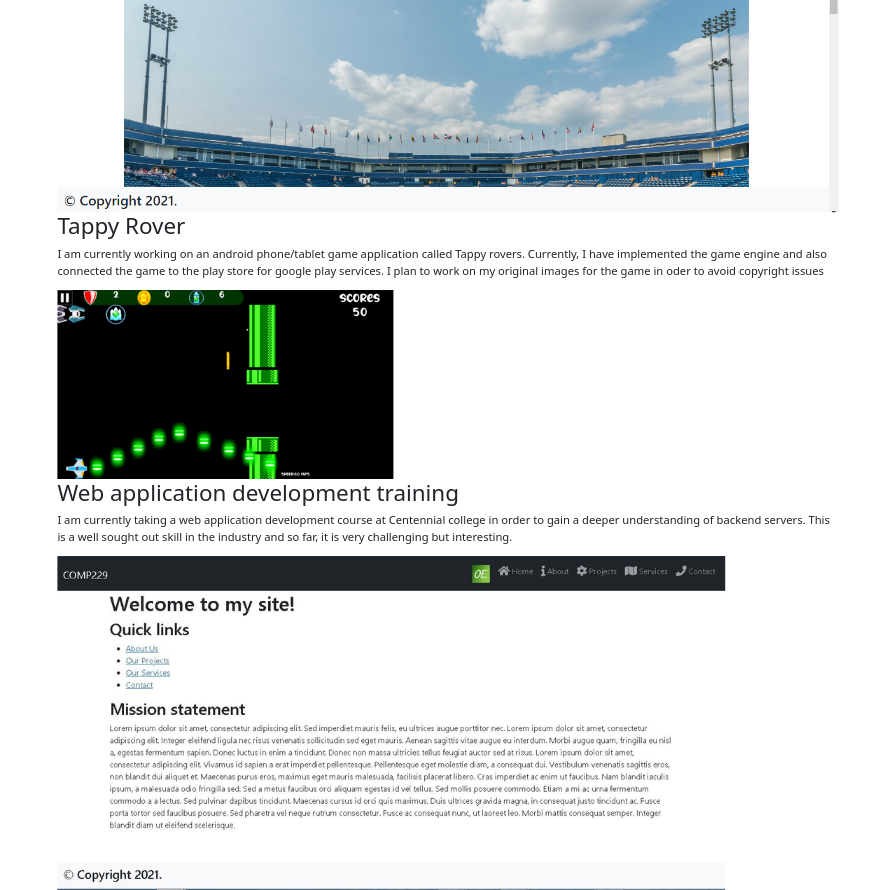
Repository: ofovweewere/Career-Portfolio
Page: http://localhost/projects
An editor plug-in stored every save of this project. The page is shown before and after the next save, followed by the edit.
The browser window is 1280 px wide. The pictures show the part of the page from y = 1106 to 3026 px (the page is 2377 px tall before and 3026 px after), at 70% of full size.
The page is served by the project's Node server (index.js).

Above is the page before, as saved 2022-04-14 02:28:42.

After the next save:
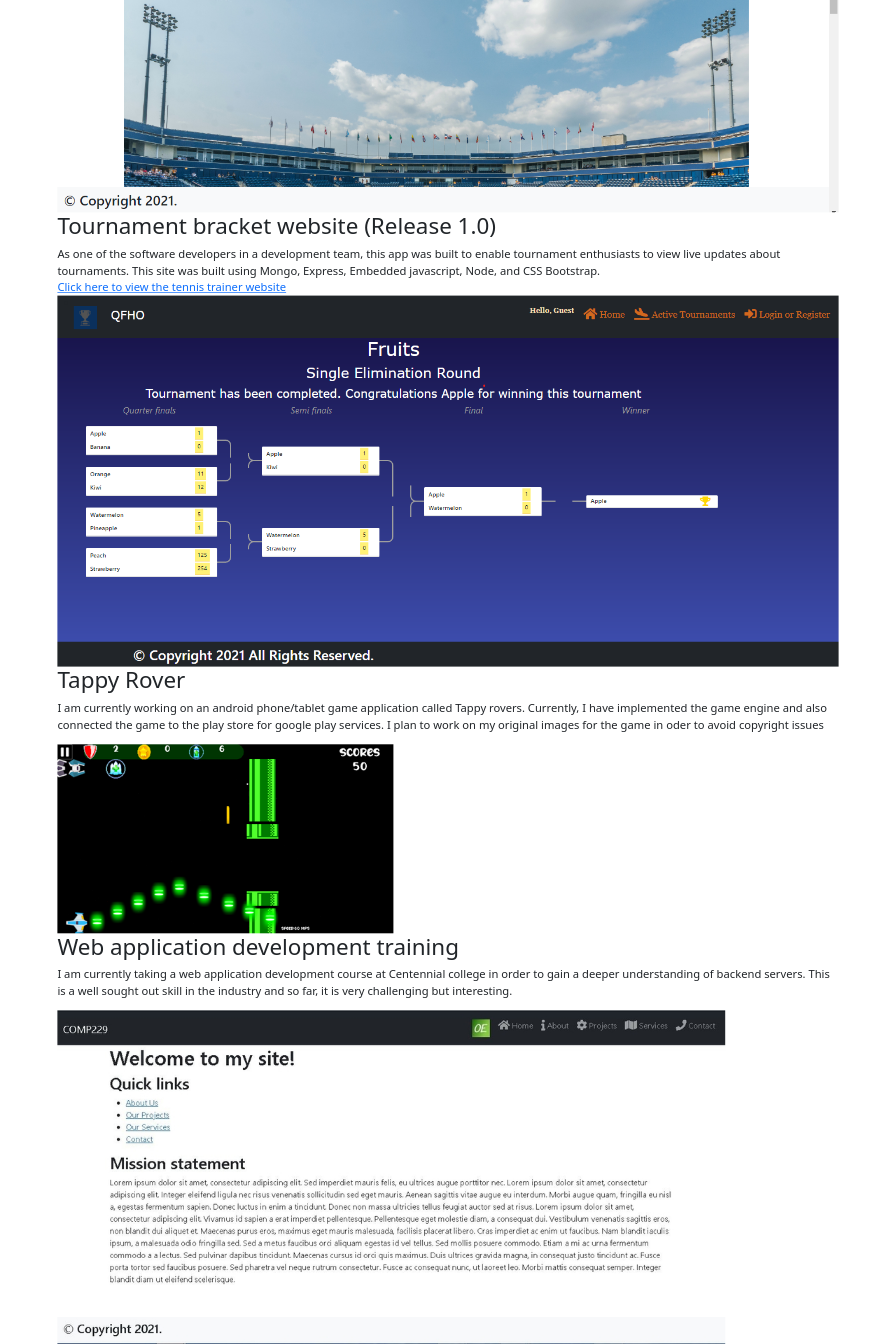
Saved 6 min 2 s later.
--- a/Server/Views/content/projects.ejs
+++ b/Server/Views/content/projects.ejs
@@ -18,6 +18,13 @@
     <a href="" style="margin-top:0">Click here to view the tennis trainer website</a>
     <div><img img src="Assets/images/tennisTrainer.png" style="width:100%;"></div>
 
+     <h2>Tournament bracket website (Release 1.0)</h2>
+    <p  style="margin-bottom:0">As one of the software developers in a development team, this app was built to enable tournament enthusiasts to view
+      live updates about tournaments. This site was built using Mongo, Express, Embedded javascript, Node, and CSS Bootstrap.
+    </p>
+    <a href="" style="margin-top:0">Click here to view the tennis trainer website</a>
+    <div><img img src="Assets/images/tournamentBracket.png" style="width:100%;"></div>
+
     <h2>Tappy Rover</h2>
     <p>I am currently working on an android phone/tablet game application called Tappy rovers. Currently, I have implemented the game engine and also connected the game to the play store for google play services. I plan to work on my original images for the game in oder to avoid copyright issues</p>
     <div><img img src="Assets/images/tappyrover.png"></div>
